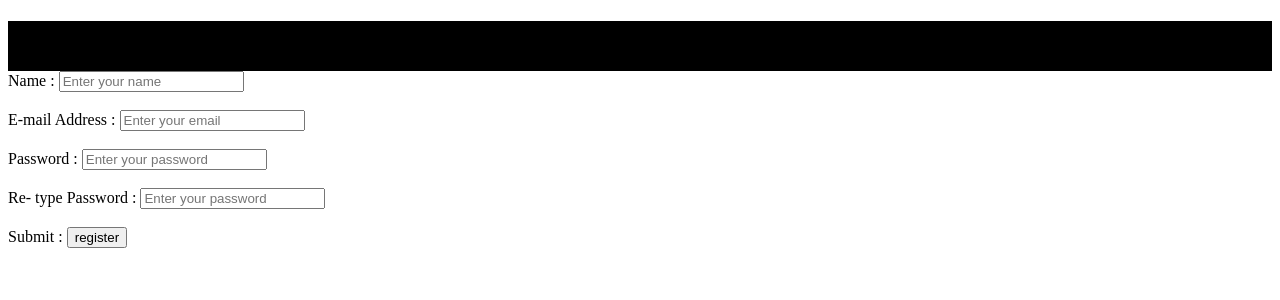
Repository: MarkFernandes11/Advanced-Java
Page: http://localhost/LoginPage1/registration.jsp
These files come from the project's save history. The page is drawn as it stood at one moment and after the next save; the edit follows.
The browser window is 1280 px wide. The pictures show the whole page.
The page is served by Tomcat 9. Nobody is signed in. The application's start-up code is not run. Other server files are loaded and not shown.

Above is the page before, as saved 2019-09-24 13:09:40.

### LoginPage1/WebContent/registration.jsp
<%@ page language="java" contentType="text/html; charset=UTF-8"
    pageEncoding="UTF-8"%>
<!DOCTYPE html>
<html>
<head>
<meta charset="UTF-8">
<title>Registration Page</title>
<link rel="Stylesheet" type= "text/css" href="StyleSheet.css">
</head>
<body>
	<header>
		<h1>Bridgelabz Registration Page</h1>
		<!-- <marquee><h1>Bridgelabz Login Page</h1></marquee> -->
	</header>

	<form action = "login" method = "post">
		<div>
			Name : <input type = "text" name = "Name" placeholder = "Enter your name">
			<br><br>
			E-mail Address : <input type = "email" name = "email" placeholder = "Enter your email">
			<br><br>
			Password : <input type = "password" name = "password" placeholder = "Enter your password">
			<br><br>
			Re- type Password : <input type = "password" name = "password2" placeholder = "Enter your password">
			<br><br>
			Submit : <input type = "submit" name ="submit" value = "register">
			<br><br>
		</div>
	</form>


</body>
</html>

### LoginPage1/WebContent/StyleSheet.css
header
{
	background-color: #000;
	height: 50px;
	margin: auto;
}

header.h1
{
	margin: auto;
	font: yellow;
}

After the next save:
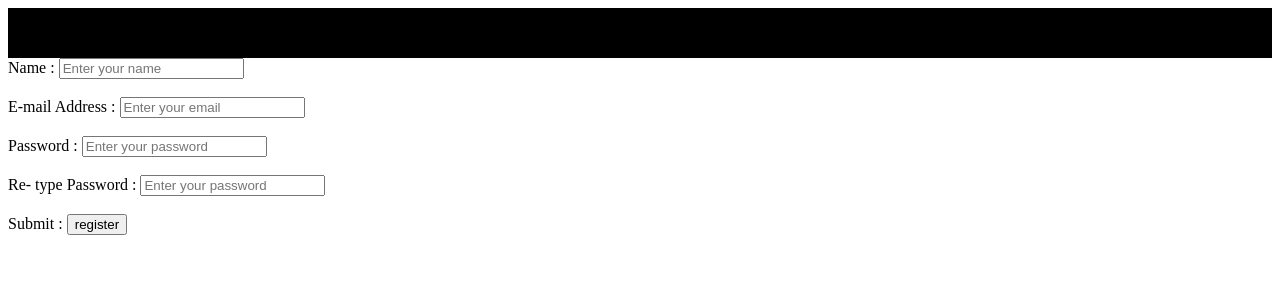
Saved 2 min 48 s later.
--- a/LoginPage1/WebContent/StyleSheet.css
+++ b/LoginPage1/WebContent/StyleSheet.css
@@ -1,12 +1,12 @@
+h1
+{
+	margin: auto;
+	font: yellow;
+}
+
 header
 {
 	background-color: #000;
 	height: 50px;
 	margin: auto;
 }
-
-header.h1
-{
-	margin: auto;
-	font: yellow;
-}
